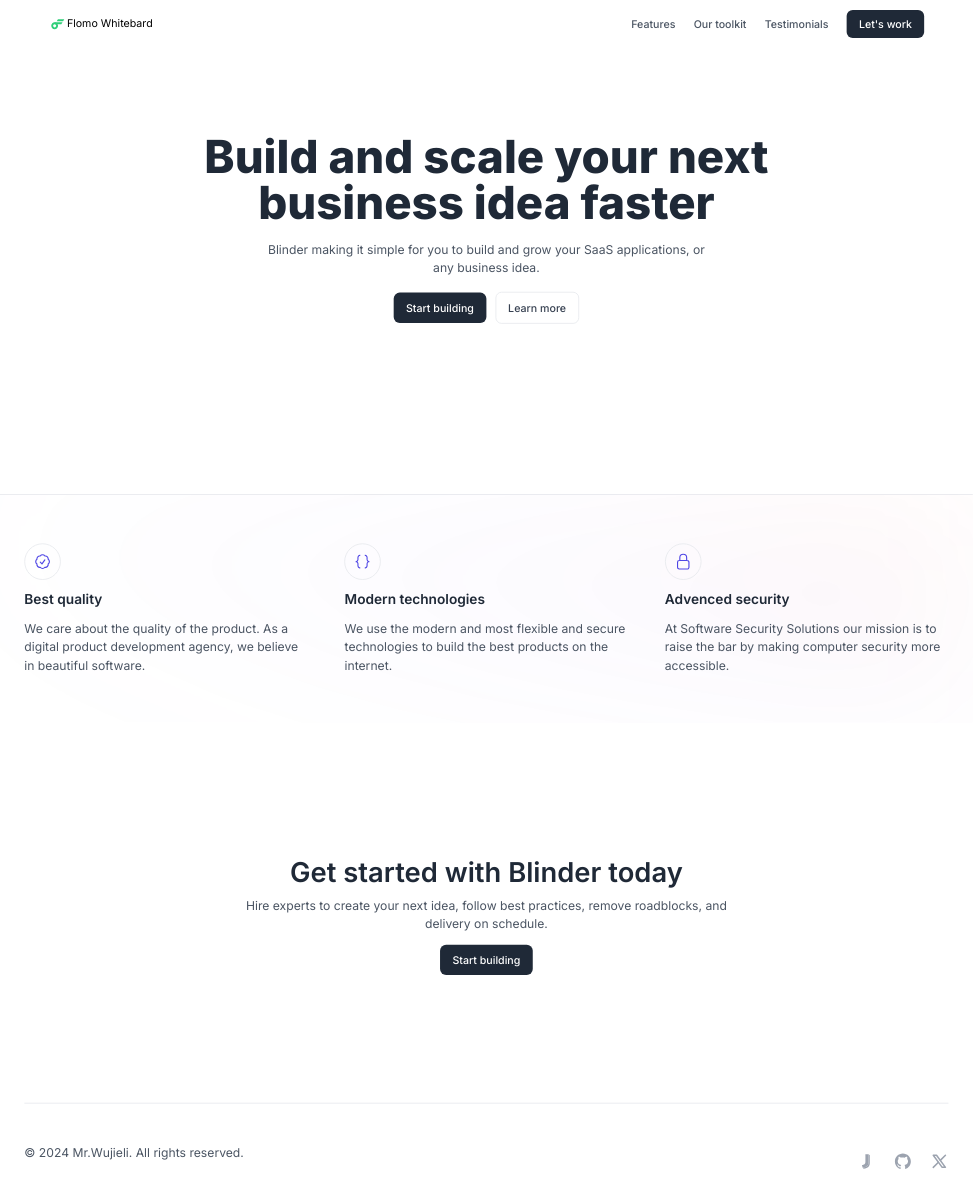
Repository: wujieli0207/flomo-board
Page: /
The author's editor kept a copy of each file at every save. The page is drawn from the files as they stood at one save, then again after the next save.
The browser window is 1280 px wide. The pictures show the whole page, at 76% of full size.
The project was rebuilt for these pictures with package versions that can differ from the ones it lists, and the page was loaded fresh each time. The framework's server and built-in components were replaced by stand-ins that run in the browser. Also part of the build but not shown: next.config.mjs.

Above is the page before, as saved 2024-06-22 19:59:43.

### app/page.tsx
import GradientWrapper from '@/components/GradientWrapper'
import Features from '@/components/ui/Features'
import Footer from '@/components/ui/Footer'
import FooterCTA from '@/components/ui/FooterCTA'
import Hero from '@/components/ui/Hero'
import Navbar from '@/components/ui/Navbar'

export default function Home() {
  return (
    <>
      <Navbar />
      <main className="flex min-h-screen flex-col items-center justify-between">
        <Hero />
        <GradientWrapper>
          <Features />
        </GradientWrapper>
        <FooterCTA />
      </main>
      <Footer />
    </>
  )
}

### app/globals.css
@tailwind base;
@tailwind components;
@tailwind utilities;

.custom-screen {
  @apply max-w-screen-xl mx-auto px-4 md:px-8;
}

.gradient-border {
  border: 1px solid transparent;
  background: linear-gradient(white, white),
    linear-gradient(
      25deg,
      rgba(209, 213, 219, 1),
      rgba(209, 213, 219, 1),
      rgba(0, 0, 0, 0.63),
      rgba(209, 213, 219, 1),
      rgba(209, 213, 219, 1)
    );
  background-clip: padding-box, border-box;
  background-origin: padding-box, border-box;
}

### components/GradientWrapper.tsx
import { ReactNode } from 'react'

interface IProps {
  children: ReactNode
  className?: string
}

const GradientWrapper = ({ children, className = '' }: IProps) => (
  <div
    className={`relative overflow-hidden my-16 border-t sm:my-28 ${
      className ?? ''
    }`}
  >
    <div
      className="blur-[100px] absolute inset-0 w-full h-full"
      style={{
        background:
          'linear-gradient(202.72deg, rgba(237, 78, 80, 0.05) 14.76%, rgba(152, 103, 240, 0.04) 34.37%, rgba(152, 103, 240, 0) 86.62%)',
      }}
    ></div>
    <div className="relative">{children}</div>
  </div>
)

export default GradientWrapper

### components/ui/Features/index.tsx
import SectionWrapper from '../../SectionWrapper'

const Features = () => {
  const features = [
    {
      icon: (
        <svg
          xmlns="http://www.w3.org/2000/svg"
          fill="none"
          viewBox="0 0 24 24"
          strokeWidth={1.5}
          stroke="currentColor"
          className="w-6 h-6"
        >
          <path
            strokeLinecap="round"
            strokeLinejoin="round"
            d="M9 12.75L11.25 15 15 9.75M21 12c0 1.268-.63 2.39-1.593 3.068a3.745 3.745 0 01-1.043 3.296 3.745 3.745 0 01-3.296 1.043A3.745 3.745 0 0112 21c-1.268 0-2.39-.63-3.068-1.593a3.746 3.746 0 01-3.296-1.043 3.745 3.745 0 01-1.043-3.296A3.745 3.745 0 013 12c0-1.268.63-2.39 1.593-3.068a3.745 3.745 0 011.043-3.296 3.746 3.746 0 013.296-1.043A3.746 3.746 0 0112 3c1.268 0 2.39.63 3.068 1.593a3.746 3.746 0 013.296 1.043 3.746 3.746 0 011.043 3.296A3.745 3.745 0 0121 12z"
          />
        </svg>
      ),
      title: 'Best quality',
      desc: 'We care about the quality of the product. As a digital product development agency, we believe in beautiful software.',
    },
    {
      icon: (
        <svg
          className="w-6 h-6"
          viewBox="0 0 24 24"
          fill="none"
          xmlns="http://www.w3.org/2000/svg"
        >
          <path
            fill-rule="evenodd"
            clip-rule="evenodd"
            d="M9 4.476V3H8.865C8.3955 3 7.941 3.093 7.5015 3.2775C7.06407 3.46087 6.66854 3.73136 6.339 4.0725C6.01829 4.39483 5.76667 4.77915 5.5995 5.202V5.2035C5.45069 5.60502 5.35097 6.02305 5.3025 6.4485V6.4515C5.25984 6.8816 5.24781 7.31419 5.2665 7.746C5.2845 8.181 5.2935 8.616 5.2935 9.0495C5.2935 9.354 5.2335 9.639 5.118 9.9075V9.909C4.89786 10.433 4.48805 10.8546 3.9705 11.0895C3.70659 11.2048 3.42148 11.2635 3.1335 11.262H3V12.738H3.135C3.4275 12.738 3.705 12.798 3.969 12.9195L3.9705 12.921C4.2375 13.038 4.464 13.197 4.653 13.398L4.656 13.401C4.851 13.596 5.0055 13.8285 5.1165 14.0985L5.118 14.1015C5.235 14.3715 5.2935 14.6535 5.2935 14.9505C5.2935 15.3855 5.2845 15.8205 5.2665 16.254C5.2485 16.698 5.2605 17.1315 5.3025 17.559V17.5605C5.352 17.985 5.451 18.3975 5.598 18.7965V18.798C5.757 19.2075 6.0045 19.584 6.339 19.9275C6.6735 20.2725 7.062 20.538 7.5015 20.7225C7.941 20.907 8.3955 21 8.8665 21H9V19.524H8.865C8.565 19.524 8.2845 19.467 8.0205 19.3515C7.76585 19.2325 7.53389 19.0701 7.335 18.8715C7.14192 18.666 6.98519 18.4291 6.8715 18.171C6.7605 17.901 6.7065 17.616 6.7065 17.3115C6.7065 16.9695 6.711 16.632 6.723 16.3035C6.735 15.9615 6.735 15.6285 6.723 15.306C6.71771 14.9845 6.69015 14.6637 6.6405 14.346C6.59278 14.0326 6.50819 13.726 6.3885 13.4325C6.15504 12.8646 5.77322 12.3698 5.283 12C5.77377 11.6304 6.15612 11.1356 6.39 10.5675C6.51 10.2795 6.5925 9.978 6.642 9.6645C6.6915 9.3495 6.7185 9.03 6.7245 8.7045C6.7365 8.3745 6.7365 8.0415 6.7245 7.7055C6.7125 7.3695 6.7065 7.0305 6.7065 6.6885C6.7039 6.25858 6.82703 5.83727 7.06076 5.47643C7.29448 5.11558 7.6286 4.83093 8.022 4.6575C8.28687 4.53605 8.57512 4.4741 8.8665 4.476H9ZM15 19.524V21H15.135C15.6045 21 16.059 20.907 16.4985 20.7225C16.938 20.538 17.3265 20.2725 17.661 19.9275C17.9955 19.5825 18.243 19.2075 18.4005 18.798V18.7965C18.5505 18.3975 18.648 17.982 18.6975 17.5515V17.5485C18.7395 17.1285 18.7515 16.698 18.7335 16.254C18.7155 15.819 18.7065 15.384 18.7065 14.9505C18.7065 14.646 18.7665 14.361 18.882 14.0925V14.091C19.1019 13.5668 19.5118 13.1452 20.0295 12.9105C20.2935 12.7954 20.5785 12.7367 20.8665 12.738H21V11.262H20.865C20.571 11.262 20.2935 11.202 20.0295 11.0805L20.028 11.079C19.7705 10.968 19.5382 10.8057 19.3455 10.602L19.3425 10.599C19.1443 10.3993 18.9878 10.1622 18.882 9.9015V9.8985C18.7648 9.63083 18.7045 9.34171 18.705 9.0495C18.705 8.6145 18.714 8.1795 18.732 7.746C18.7507 7.3107 18.7387 6.87461 18.696 6.441V6.4395C18.6474 6.01715 18.5482 5.60217 18.4005 5.2035V5.202C18.2329 4.77902 17.9807 4.39469 17.6595 4.0725C17.3299 3.7314 16.9344 3.46091 16.497 3.2775C16.0653 3.09415 15.601 2.99977 15.132 3H15V4.476H15.135C15.435 4.476 15.7155 4.533 15.978 4.6485C16.239 4.7715 16.467 4.9305 16.6635 5.1285C16.854 5.3295 17.0085 5.5635 17.127 5.829C17.238 6.099 17.292 6.384 17.292 6.6885C17.292 7.0305 17.2875 7.3665 17.2755 7.6965C17.2635 8.0385 17.2635 8.3715 17.2755 8.694C17.2815 9.027 17.3085 9.3465 17.358 9.654C17.4075 9.975 17.4915 10.278 17.61 10.5675C17.8439 11.1356 18.2263 11.6303 18.717 12C18.2263 12.3697 17.8439 12.8644 17.61 13.4325C17.4912 13.7227 17.4066 14.0257 17.358 14.3355C17.3085 14.6505 17.2815 14.97 17.2755 15.2955C17.2634 15.6284 17.2634 15.9616 17.2755 16.2945C17.2875 16.6305 17.2935 16.9695 17.2935 17.3115C17.2959 17.7414 17.1727 18.1626 16.939 18.5234C16.7053 18.8842 16.3713 19.1689 15.978 19.3425C15.7131 19.4639 15.4249 19.5259 15.1335 19.524H15Z"
            fill="currentColor"
          />
        </svg>
      ),
      title: 'Modern technologies',
      desc: 'We use the modern and most flexible and secure technologies to build the best products on the internet.',
    },
    {
      icon: (
        <svg
          xmlns="http://www.w3.org/2000/svg"
          fill="none"
          viewBox="0 0 24 24"
          strokeWidth={1.5}
          stroke="currentColor"
          className="w-6 h-6"
        >
          <path
            strokeLinecap="round"
            strokeLinejoin="round"
            d="M16.5 10.5V6.75a4.5 4.5 0 10-9 0v3.75m-.75 11.25h10.5a2.25 2.25 0 002.25-2.25v-6.75a2.25 2.25 0 00-2.25-2.25H6.75a2.25 2.25 0 00-2.25 2.25v6.75a2.25 2.25 0 002.25 2.25z"
          />
        </svg>
      ),
      title: 'Advenced security',
      desc: 'At Software Security Solutions our mission is to raise the bar by making computer security more accessible.',
    },
  ]

  return (
    <SectionWrapper>
      <div id="features" className="custom-screen text-gray-600">
        <ul className="grid gap-x-12 gap-y-8 sm:grid-cols-2 lg:grid-cols-3">
          {features.map((item, idx) => (
            <li key={idx} className="space-y-3">
              <div className="w-12 h-12 border text-indigo-600 rounded-full flex items-center justify-center">
                {item.icon}
              </div>
              <h4 className="text-lg text-gray-800 font-semibold">
                {item.title}
              </h4>
              <p>{item.desc}</p>
            </li>
          ))}
        </ul>
      </div>
    </SectionWrapper>
  )
}

export default Features

### components/ui/Footer/index.tsx
import Link from 'next/link'

const socialInfo = [
  {
    icon: (
      <svg
        className="fill-current h-6"
        viewBox="0 0 1024 1024"
        version="1.1"
        xmlns="http://www.w3.org/2000/svg"
        p-id="11966"
      >
        <path
          d="M297.88660622 864.60698169a17.99472925 17.99472925 0 0 1-1.92238933 0.35535076l61.27179093 59.73970488c58.91832035-5.41181725 116.59000035-20.90744035 159.05150293-36.26325333 42.49645511-15.39076551 77.44316302-35.15642311 104.9100288-59.38435413a221.79130027 221.79130027 0 0 0 61.02129778-87.27647574c13.18293049-33.98551325 19.77148302-73.20225565 19.77148302-117.66187804V404.55008711c0-49.51608889 0.18058809-92.43779982 0.53593885-128.73600569 0.35535075-36.3331584 0.57089138-69.10698382 0.57089138-98.42633387l-68.53609245-54.67741297c0 29.24361955-0.18058809 62.01744498-0.53593884 98.31565084s-0.53593885 79.22574222-0.53593884 128.73600569v219.57763982c0 44.45379698-6.58855253 83.6763648-19.77148303 117.62692552a221.8786816 221.8786816 0 0 1-61.02129777 87.27647573c-27.43191325 24.2221056-62.40774827 44.02854115-104.9100288 59.38435413-41.93138915 15.16357405-91.9076864 25.49787307-149.89976463 30.97959538z"
          p-id="11967"
        ></path>
        <path
          d="M634.59018525 122.59965155c0 29.27857209-0.21554062 62.08735005-0.57089138 98.39138134a13396.43221333 13396.43221333 0 0 0-0.53593885 128.77678364v219.57763982c0 44.45379698-6.58855253 83.6763648-19.80643555 117.62692552a221.85537991 221.85537991 0 0 1-60.98634525 87.27647573c-27.46686578 24.2221056-62.44852622 44.02854115-104.9100288 59.38435413s-93.15432675 25.75419165-152.07264711 31.17183432l-33.05927111-142.02379378c26.85519645-2.98261618 53.48320142-7.79441493 79.68595058-14.38879289a165.97210453 165.97210453 0 0 0 59.62902187-28.46301298c18.05880889-14.06839467 31.70194773-31.77767822 40.96436906-53.1103744 9.19251627-21.3385216 13.78294898-49.51608889 13.78294898-84.5676544 0-28.21251982 0.1048576-57.92217315 0.28544569-89.19886507 0.18058809-31.24173938 0.25049315-63.51457849 0.25049315-96.74861226 0-57.85226809-0.25049315-103.83815111-0.786432-137.99842702-0.57089138-34.16027591-0.9961472-66.04281173-1.35149795-95.68256h179.42882987l0.0524288-0.0233017z"
          p-id="11968"
        ></path>
      </svg>
    ),
    href: 'https://web.okjike.com/u/737645D8-42B5-4B4F-9687-DCA50D85DE1A',
  },
  {
    icon: (
      <svg
        className="fill-current h-6 icon"
        viewBox="0 0 1024 1024"
        version="1.1"
        xmlns="http://www.w3.org/2000/svg"
        p-id="10708"
      >
        <path
          d="M511.6 76.3C264.3 76.2 64 276.4 64 523.5 64 718.9 189.3 885 363.8 946c23.5 5.9 19.9-10.8 19.9-22.2v-77.5c-135.7 15.9-141.2-73.9-150.3-88.9C215 726 171.5 718 184.5 703c30.9-15.9 62.4 4 98.9 57.9 26.4 39.1 77.9 32.5 104 26 5.7-23.5 17.9-44.5 34.7-60.8-140.6-25.2-199.2-111-199.2-213 0-49.5 16.3-95 48.3-131.7-20.4-60.5 1.9-112.3 4.9-120 58.1-5.2 118.5 41.6 123.2 45.3 33-8.9 70.7-13.6 112.9-13.6 42.4 0 80.2 4.9 113.5 13.9 11.3-8.6 67.3-48.8 121.3-43.9 2.9 7.7 24.7 58.3 5.5 118 32.4 36.8 48.9 82.7 48.9 132.3 0 102.2-59 188.1-200 212.9 23.5 23.2 38.1 55.4 38.1 91v112.5c0.8 9 0 17.9 15 17.9 177.1-59.7 304.6-227 304.6-424.1 0-247.2-200.4-447.3-447.5-447.3z"
          p-id="10709"
        ></path>
      </svg>
    ),
    href: 'https://github.com/wujieli0207',
  },
  {
    icon: (
      <svg
        xmlns="http://www.w3.org/2000/svg"
        width="24"
        height="24"
        viewBox="0 0 24 24"
        fill="none"
        stroke="currentColor"
        stroke-width="2"
        stroke-linecap="round"
        stroke-linejoin="round"
      >
        <path stroke="none" d="M0 0h24v24H0z" fill="none" />
        <path d="M4 4l11.733 16h4.267l-11.733 -16z" />
        <path d="M4 20l6.768 -6.768m2.46 -2.46l6.772 -6.772" />
      </svg>
    ),
    href: 'https://x.com/li_wujie',
  },
]

const Footer = () => (
  <footer>
    <div className="custom-screen pt-16">
      <div className="mt-10 py-10 border-t items-center justify-between sm:flex">
        <p className="text-gray-600">
          © 2024{' '}
          <Link
            href="https://wujieli.com"
            target="_blank"
            className="hover:text-gray-800 hover:underline duration-150"
          >
            Mr.Wujieli
          </Link>
          . All rights reserved.
        </p>
        <div className="flex items-center gap-x-6 text-gray-400 mt-6">
          {socialInfo.map((item, idx) => (
            <a
              key={idx}
              href={item.href}
              aria-label="social media"
              target="_blank"
              rel="noreferrer"
            >
              {item.icon}
            </a>
          ))}
        </div>
      </div>
    </div>
  </footer>
)

export default Footer

### components/ui/FooterCTA/index.tsx
import SectionWrapper from '../../SectionWrapper'
import NavLink from '../NavLink'

const FooterCTA = () => (
  <SectionWrapper>
    <div className="custom-screen">
      <div className="max-w-2xl mx-auto text-center">
        <h2 className="text-gray-800 text-3xl font-semibold sm:text-4xl">
          Get started with Blinder today
        </h2>
        <p className="mt-3 text-gray-600">
          Hire experts to create your next idea, follow best practices, remove
          roadblocks, and delivery on schedule.
        </p>
        <NavLink
          href="/get-started"
          className="mt-4 inline-block font-medium text-sm text-white bg-gray-800 hover:bg-gray-600 active:bg-gray-900"
        >
          Start building
        </NavLink>
      </div>
    </div>
  </SectionWrapper>
)

export default FooterCTA

### components/ui/Hero/index.tsx
import NavLink from '../NavLink'

const Hero = () => (
  <section>
    <div className="custom-screen py-28 text-gray-600">
      <div className="space-y-5 max-w-4xl mx-auto text-center">
        <h1 className="text-4xl text-gray-800 font-extrabold mx-auto sm:text-6xl">
          Build and scale your next business idea faster
        </h1>
        <p className="max-w-xl mx-auto">
          Blinder making it simple for you to build and grow your SaaS
          applications, or any business idea.
        </p>
        <div className="flex items-center justify-center gap-x-3 font-medium text-sm">
          <NavLink
            href="/get-started"
            className="text-white bg-gray-800 hover:bg-gray-600 active:bg-gray-900 "
          >
            Start building
          </NavLink>
          <NavLink
            href="#cta"
            className="text-gray-700 border hover:bg-gray-50"
          >
            Learn more
          </NavLink>
        </div>
      </div>
    </div>
  </section>
)

export default Hero

### components/ui/Navbar/index.tsx
'use client'

import Link from 'next/link'
import { useEffect, useState } from 'react'
import Brand from '../Brand'
import NavLink from '../NavLink'

const Navbar = () => {
  const [state, setState] = useState(false)
  // const { events } = useRouter()

  const navigation = [
    { title: 'Features', path: '#features' },
    { title: 'Our toolkit', path: '#toolkit' },
    { title: 'Testimonials', path: '#testimonials' },
  ]

  useEffect(() => {
    // Close the navbar menu when navigate
    const handleState = () => {
      document.body.classList.remove('overflow-hidden')
      setState(false)
    }
    // events.on('routeChangeStart', () => handleState())
    // events.on('hashChangeStart', () => handleState())
  }, [])

  const handleNavMenu = () => {
    setState(!state)
    document.body.classList.toggle('overflow-hidden')
  }

  return (
    <nav
      className={`bg-white w-full px-8 md:static md:text-sm ${
        state ? 'fixed z-10 h-full' : ''
      }`}
    >
      <div className="custom-screen items-center mx-auto md:flex">
        <div className="flex items-center justify-between py-3 md:py-5 md:block">
          <Brand />
          <div className="md:hidden">
            <button
              role="button"
              aria-label="Open the menu"
              className="text-gray-500 hover:text-gray-800"
              onClick={handleNavMenu}
            >
              {state ? (
                <svg
                  xmlns="http://www.w3.org/2000/svg"
                  className="h-6 w-6"
                  viewBox="0 0 20 20"
                  fill="currentColor"
                >
                  <path
                    fillRule="evenodd"
                    d="M4.293 4.293a1 1 0 011.414 0L10 8.586l4.293-4.293a1 1 0 111.414 1.414L11.414 10l4.293 4.293a1 1 0 01-1.414 1.414L10 11.414l-4.293 4.293a1 1 0 01-1.414-1.414L8.586 10 4.293 5.707a1 1 0 010-1.414z"
                    clipRule="evenodd"
                  />
                </svg>
              ) : (
                <svg
                  xmlns="http://www.w3.org/2000/svg"
                  fill="none"
                  viewBox="0 0 24 24"
                  strokeWidth={1.5}
                  stroke="currentColor"
                  className="w-6 h-6"
                >
                  <path
                    strokeLinecap="round"
                    strokeLinejoin="round"
                    d="M3.75 6.75h16.5M3.75 12h16.5m-16.5 5.25h16.5"
                  />
                </svg>
              )}
            </button>
          </div>
        </div>
        <div
          className={`flex-1 pb-3 mt-8 md:pb-0 md:mt-0 md:block ${
            state ? '' : 'hidden'
          }`}
        >
          <ul className="text-gray-700 justify-end items-center space-y-6 md:flex md:space-x-6 md:space-y-0 md:text-gray-600 md:font-medium">
            {navigation.map((item, idx) => {
              return (
                <li key={idx} className="duration-150 hover:text-gray-900">
                  <Link href={item.path} className="block">
                    {item.title}
                  </Link>
                </li>
              )
            })}
            <li>
              <NavLink
                href="/get-started"
                className="block font-medium text-sm text-white bg-gray-800 hover:bg-gray-600 active:bg-gray-900 md:inline"
              >
                Let's work
              </NavLink>
            </li>
          </ul>
        </div>
      </div>
    </nav>
  )
}

export default Navbar

### components/SectionWrapper.tsx
import { ReactNode } from 'react'

interface IProps {
  children: ReactNode
  id?: string
  className?: string
}

const SectionWrapper = ({ children, id, className }: IProps) => (
  <section id={id} className={`py-16 ${className ?? ''}`}>
    {children}
  </section>
)

export default SectionWrapper

### components/ui/NavLink/index.tsx
import Link from 'next/link'
import { ReactNode } from 'react'

interface IProps {
  children: ReactNode
  href: string
  className?: string
}

const NavLink = ({ children, href, className = '' }: IProps) => (
  <Link
    href={href}
    className={`py-2.5 px-4 text-center rounded-lg duration-150 ${className}`}
  >
    {children}
  </Link>
)

export default NavLink

### components/ui/Brand/index.tsx
import Image from 'next/image'
import Link from 'next/link'

const Brand = () => (
  <Link href="/" className="flex">
    <Image src="/logo.svg" width={24} height={24} alt="logo" />
    Flomo Whitebard
  </Link>
)
export default Brand

### tailwind.config.ts
import type { Config } from 'tailwindcss'

const config: Config = {
  content: [
    './pages/**/*.{js,ts,jsx,tsx,mdx}',
    './components/**/*.{js,ts,jsx,tsx,mdx}',
    './app/**/*.{js,ts,jsx,tsx,mdx}',
  ],
  theme: {
    extend: {
      backgroundImage: {
        'gradient-radial': 'radial-gradient(var(--tw-gradient-stops))',
        'gradient-conic':
          'conic-gradient(from 180deg at 50% 50%, var(--tw-gradient-stops))',
      },
    },
  },
  plugins: [
    require('@tailwindcss/forms')({
      strategy: 'class', // only generate classes
    }),
  ],
}
export default config

Loaded but not shown: app/layout.tsx (common file)

After the next save:
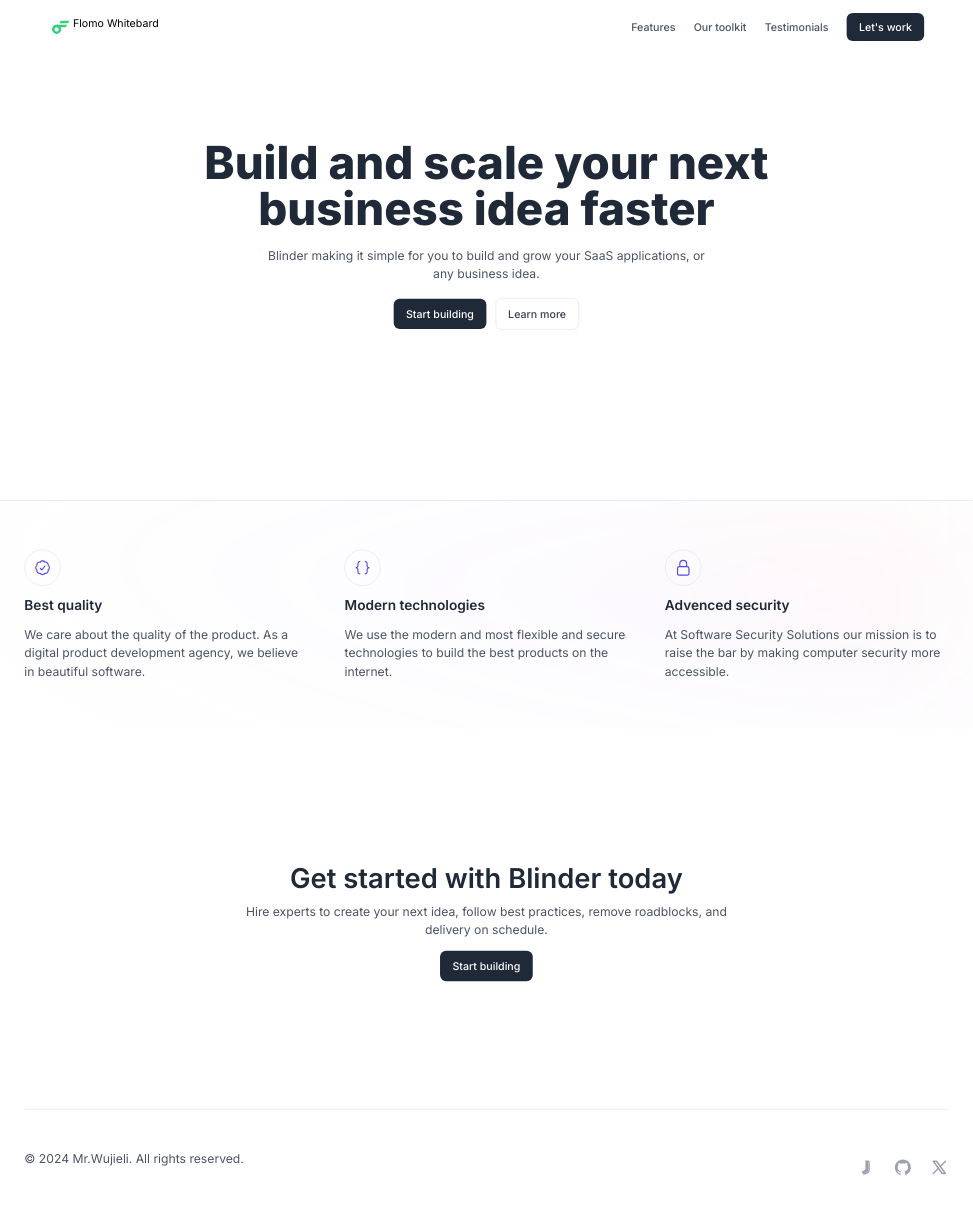
Saved 5 s later.
--- a/components/ui/Brand/index.tsx
+++ b/components/ui/Brand/index.tsx
@@ -3,7 +3,7 @@
 
 const Brand = () => (
   <Link href="/" className="flex">
-    <Image src="/logo.svg" width={24} height={24} alt="logo" />
+    <Image src="/logo.svg" width={32} height={24} alt="logo" />
     Flomo Whitebard
   </Link>
 )
